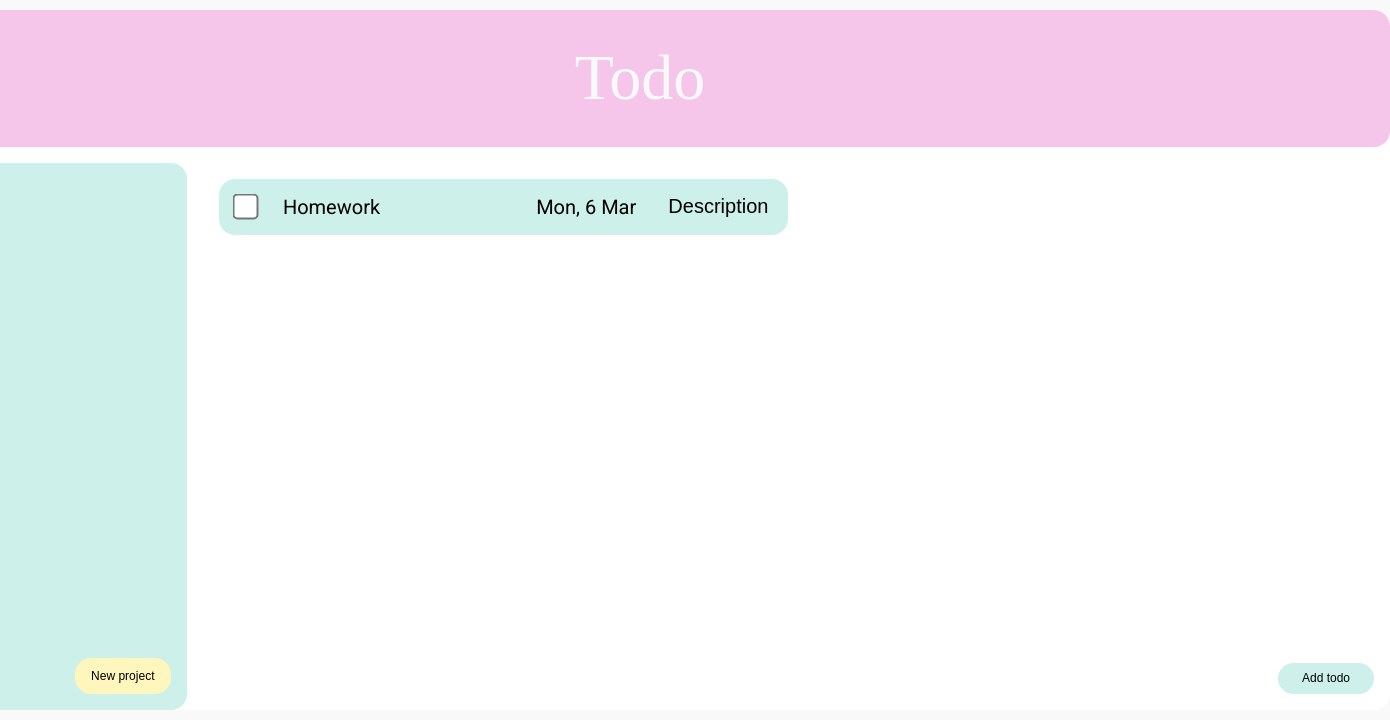
Repository: yeetzpxoci/todo-list
Page: dist/index.html
The author's editor kept a copy of each file at every save. The page is drawn from the files as they stood at one save, then again after the next save.
The browser window is 1280 px wide. The page is 1390 px wide, so the pictures cover 1390 px, including what lies to the right of the window. The pictures show the whole page.
Some web fonts or font styles are not loaded; a fallback is used.

Above is the page before, as saved 2023-03-07 16:55:32.
Console error: ReferenceError: projectNameSubmit is not defined

### dist/index.html
<!DOCTYPE html>
<html lang="en">
<head>
    <meta charset="UTF-8">
    <meta http-equiv="X-UA-Compatible" content="IE=edge">
    <meta name="viewport" content="width=device-width, initial-scale=1.0">
    <title>Todo List</title>
    <link rel="stylesheet" href="styles.css">
    <link rel="preconnect" href="https://fonts.googleapis.com">
    <link rel="preconnect" href="https://fonts.gstatic.com" crossorigin>
    <link href="https://fonts.googleapis.com/css2?family=Tilt+Warp&display=swap" rel="stylesheet">
    <link href="https://fonts.googleapis.com/css2?family=Roboto&family=Tilt+Warp&display=swap" rel="stylesheet">
</head>
<body>

<script src="main.js"></script>
</body>
</html>

### dist/styles.css
body, html {
    margin:0;
    padding: 0;
}

body {
    min-height: 100vh;
    display: flex;
    flex-direction: column;
    justify-content: center;
    align-items: center;
    font-family: 'Roboto';
    background-color: #F9F9F9;
}

p {
    margin: 0;
    padding: 0;
}

#content {
    width: 1500px;
    height: 700px;
    display: grid;
    grid-template-columns: 1fr 4fr;
    grid-template-rows: 1fr 4fr;
    background-color: #ffffff;
    z-index: 0;
    overflow: hidden;
    border-radius: 16px;
    gap: 16px;
}

#header {
    display: flex;
    justify-content: center;
    align-items: center;
    background-color: #F6C6EA;
    font-size: 64px;
    font-family: 'Tilt Warp', cursive;
    grid-column: 1 / 3;
    grid-row: 1 / 2;
    z-index: 1;
    border-radius: 16px;
}

#header p {
    margin: 24px;
    padding: 0;
    color: #F9F9F9;
}

#sidebar {
    display: flex;
    flex-direction: column;
    background-color: #CDF0EA   ;
    grid-column: 1 / 2;
    grid-row: 2 / 3;
    z-index: -1;
    padding-left: 24px;
    padding-top: 24px;
    border-radius: 16px;
}

#projects-div {
    display: flex;
    flex-direction: column;
    width: 100%;
}

#add-project {
    align-self: flex-end;
    border-radius: 16px;
    border-width: 0;
    height: 36px;
    width: 96px;
    font-size: 12px;
    margin-top: auto;
    margin-right: 16px;
    margin-bottom: 16px;
    background-color: #FFF6BD;
    cursor: pointer;
}

#add-todo {
    align-self: flex-end;
    border-radius: 16px;
    border-width: 0;
    height: 36px;
    width: 96px;
    font-size: 12px;
    margin-top: auto;
    margin-bottom: 16px;
    margin-right: 16px;
    background-color: #CDF0EA;
    cursor: pointer;
}

.project-name {
    font-size: 32px;
    font-weight: bold;
    cursor: pointer;
}

#todos-wrapper {
    display: flex;
    flex-direction: column;
    gap: 16px;
    background-color: white;
    border-radius: 16px;
}

#todos {
    height: 100%;
    display: grid;
    grid-template-columns: 1fr 1fr;
    grid-auto-rows: 20%;
    column-gap: 16px;
    padding-left: 16px;
    padding-right: 16px;
    margin-top: 16px;
    overflow: scroll;
}

.todo {
    display: flex;
    justify-content: space-between;
    align-items: center;
    height: 60%;
    background-color: #CDF0EA;
    border-radius: 16px;
    padding-left: 16px;
    padding-right: 16px;
    font-size: 20px;
}

.due {
    padding-left: 128px;
}

.checkbox {
    transform: scale(2);
}

.description {
    background-color: #caf1ff;
    border-radius: 16px;
    border-width: 0px;
    font-size: 20px;
    padding: 4px;
    cursor: pointer;
    background-color: transparent;
}

#description-div {
    display: none;
    flex-direction: column;
    flex-wrap: wrap;
    background-color: #F9F9F9;
    width: 25%;
    height: 40%;
    border-radius: 16px;
    padding: 16px;
    position: absolute;
    margin-left: auto;
    margin-right: auto;
    left: 0;
    right: 0;
    z-index: 2;
    box-shadow: 0 0 0 1600px rgba(0, 0, 0, 0.65);
}

#description-text {
    justify-content: baseline;
}

#close-button {
    margin-top: -8px;
    margin-right: -8px;
    font-weight: bold;
    width: 24px;
    height: 24px;
    align-self: flex-end;
    background-color: transparent;
    border: transparent;
    cursor: pointer;
}

#new-project-form {
    display: none;
    flex-direction: column;
    align-items: center;
    gap: 8px;
    flex-wrap: wrap;
    background-color: #F9F9F9;
    width: 20%;
    height: 10%;
    border-radius: 16px;
    padding: 16px;
    position: absolute;
    margin-left: auto;
    margin-right: auto;
    left: 0;
    right: 0;
    top: 256px;
    z-index: 2;
    box-shadow: 0 0 0 1600px rgba(0, 0, 0, 0.65);
}

#new-todo-form {
    display: none;
    flex-direction: column;
    align-items: center;
    gap: 8px;
    flex-wrap: wrap;
    background-color: #F9F9F9;
    width: 20%;
    height: 20%;
    border-radius: 16px;
    padding: 16px;
    position: absolute;
    margin-left: auto;
    margin-right: auto;
    left: 0;
    right: 0;
    top: 256px;
    z-index: 2;
    box-shadow: 0 0 0 1600px rgba(0, 0, 0, 0.65);
}

### dist/main.js
(()=>{"use strict";let e=[];function t(e){return{name:e,todos:[]}}let n=t("Default");function o(){for(let e=0;e<projects.length;e++){const t=document.createElement("p");t.className="project-name",t.innerHTML=projects[e].name,sidebarDiv.append(t)}}function c(){sidebarDiv.innerHTML=""}n.todos.push({title:"Homework",description:"Networks and Security bTCP Homework",dueDate:"Mon, 6 Mar",priority:"High"}),e.push(n),function(e){const t=document.createElement("div");t.id="content";const n=document.createElement("div");n.id="header";const d=document.createElement("p");d.innerHTML="Todo",n.append(d);const i=document.createElement("div");i.id="sidebar";const a=document.createElement("button");a.id="add-project",a.innerHTML="New project",a.addEventListener("click",(function(){document.getElementById("new-project-form").style.display="flex"})),i.append(a);const s=document.createElement("div");s.id="todos-wrapper";const r=document.createElement("div");r.id="todos";const m=document.createElement("button");m.id="add-todo",m.innerHTML="Add todo",s.append(r,m);const l=document.createElement("button");l.id="close-button",l.innerHTML="X",l.addEventListener("click",(function(){this.parentElement.style.display="none"}));for(let t=0;t<e[0].todos.length;t++){const n=document.createElement("div");n.className="todo";const o=document.createElement("input");o.className="checkbox",o.type="checkbox";const c=document.createElement("p");c.innerHTML=e[0].todos[t].title,c.className="todo-name";const d=document.createElement("p");d.innerHTML=e[0].todos[t].dueDate,d.className="due";const i=document.createElement("p");i.id="description-text",i.innerHTML=e[0].todos[t].description;const a=l.cloneNode(!0);a.addEventListener("click",(function(){this.parentElement.style.display="none"}));const s=document.createElement("div");s.id="description-div",s.append(a,i);const m=document.createElement("button");m.innerHTML="Description",m.className="description",m.addEventListener("click",(function(){this.previousElementSibling.style.display="flex"})),n.append(o,c,d,s,m),r.append(n)}const p=document.createElement("form");p.id="new-project-form",p.onsubmit=function(e){e.preventDefault()};const u=document.createElement("input");u.id="project-name-input",u.type="text",u.placeholder="Project name";const E=document.createElement("input");E.type="submit",E.value="Add project",E.addEventListener("click",(function(){c(),o(),this.parentElement.style.display="none"})),p.append(l,u,E),t.append(n,i,s,p),document.body.appendChild(t)}(e),projectNameSubmit.addEventListener("click",(function(){!function(n){let o=t(document.getElementById("project-name-input").value);e.push(o)}(),sidebarDiv.innerHTML="",function(){for(let t=0;t<e.length;t++){const n=document.createElement("p");n.className="project-name",n.innerHTML=e[t].name,sidebarDiv.append(n)}}(),this.parentElement.style.display="none"}))})();

After the next save:
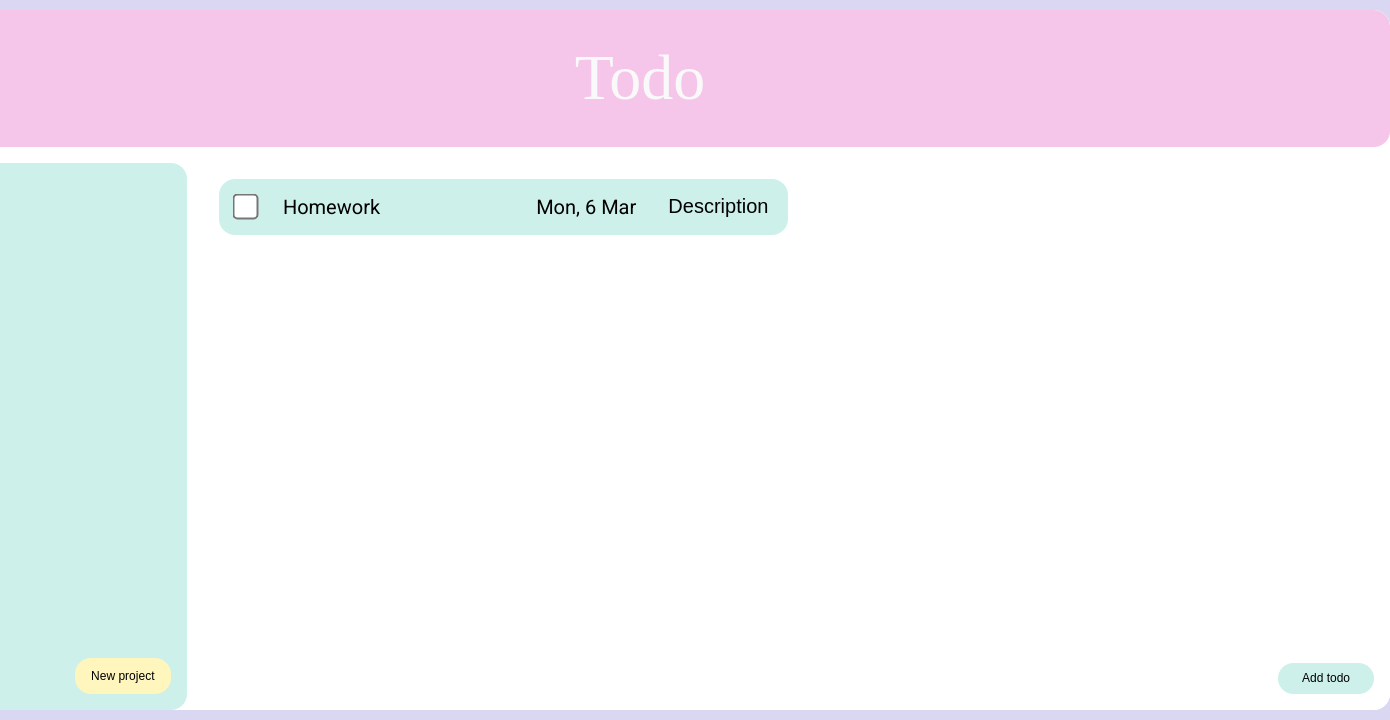
Saved 2 min 0 s later.
--- a/dist/styles.css
+++ b/dist/styles.css
@@ -10,7 +10,7 @@
     justify-content: center;
     align-items: center;
     font-family: 'Roboto';
-    background-color: #F9F9F9;
+    background-color: #D9D7F1;
 }
 
 p {

After the save that followed:
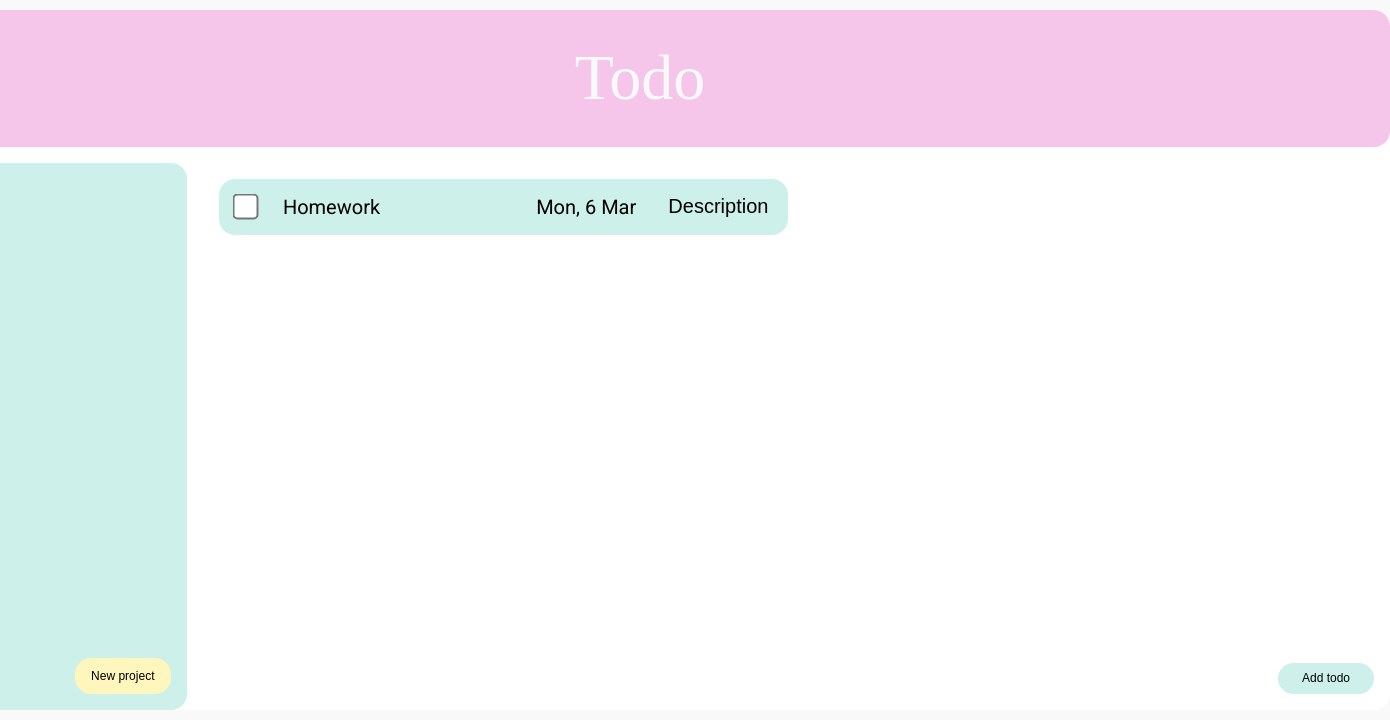
Saved 6 s later.
--- a/dist/styles.css
+++ b/dist/styles.css
@@ -10,7 +10,7 @@
     justify-content: center;
     align-items: center;
     font-family: 'Roboto';
-    background-color: #D9D7F1;
+    background-color: #F9F9F9;
 }
 
 p {
